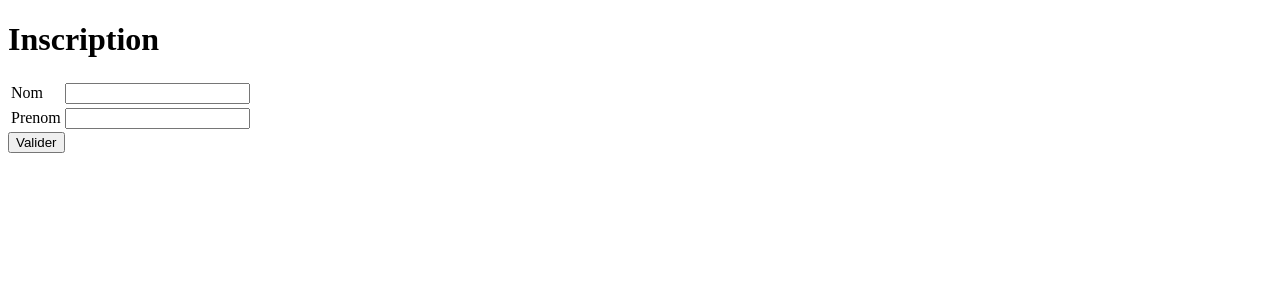
Repository: SenhajiMahmoud/SalimGest
Page: GestPizzeria/GestPizz/src/main/webapp/Candidature.html
An editor plug-in stored every save of this project. The page is shown before and after the next save, followed by the edit.
The browser window is 1280 px wide. The pictures show the whole page.

Above is the page before, as saved 2016-02-08 19:34:37.

After the next save:
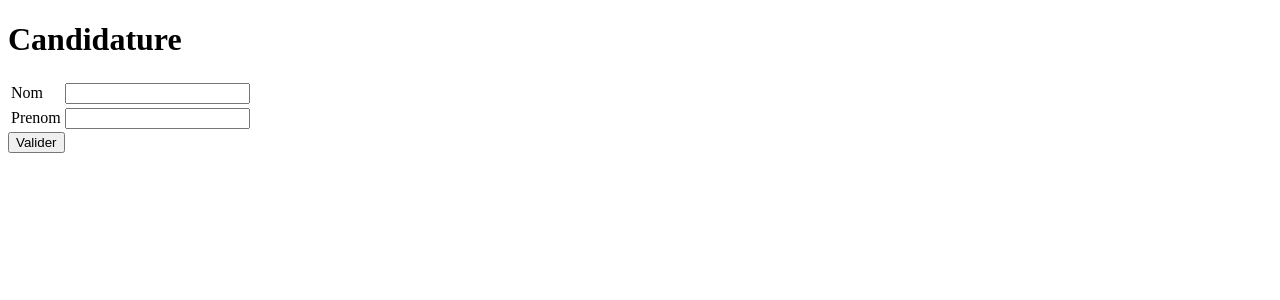
Saved 109 s later.
--- a/GestPizzeria/GestPizz/src/main/webapp/Candidature.html
+++ b/GestPizzeria/GestPizz/src/main/webapp/Candidature.html
@@ -5,7 +5,7 @@
 <title>Insert title here</title>
 </head>
 <body>
-	<h1>Inscription</h1>
+	<h1>Candidature</h1>
 
 	<form action="inscription">
 		<table>
